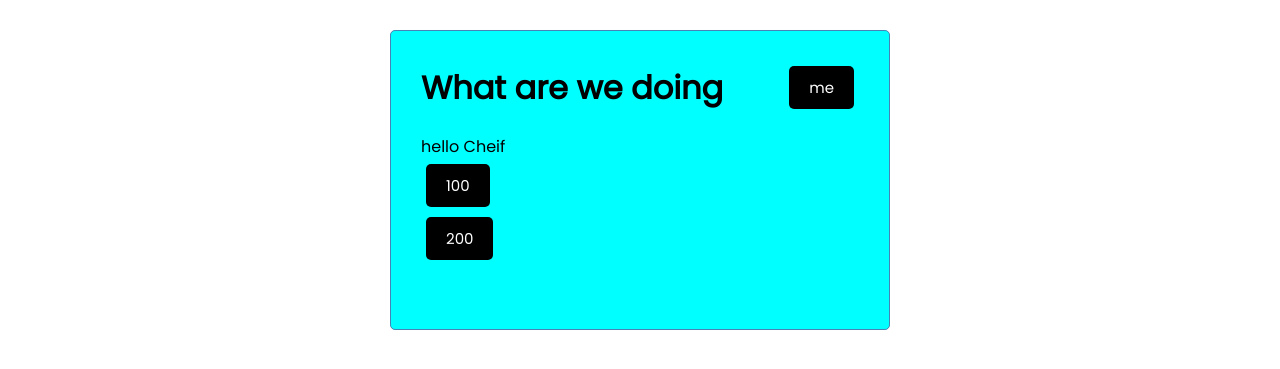
Repository: Jeffkw213/Learning_react
Page: / (app in myapp/)
An editor plug-in stored every save of this project. The page is shown before and after a run of saves, followed by the edit.
The browser window is 1280 px wide. The pictures show the whole page.
The project was rebuilt for these pictures with package versions that can differ from the ones it lists, and the page was loaded fresh each time.

Above is the page before, as saved 2021-04-30 15:52:41.

### myapp/src/index.css
@import url('https://fonts.googleapis.com/css2?family=Poppins:wght@300;400&display=swap');

* {
  box-sizing: border-box;
  margin: 0;
  padding: 0;
}

body {
  font-family: 'Poppins', sans-serif;
}

.container {
  max-width: 500px;
  margin: 30px auto;
  overflow: auto;
  min-height: 300px;
  border: 1px solid steelblue;
  padding: 30px;
  border-radius: 5px;
  background-color: aqua;

}

.header {
  display: flex;
  justify-content: space-between;
  align-items: center;
  margin-bottom: 20px;
}

.btn {
  display: inline-block;
  background: #000;
  color: #fff;
  border: none;
  padding: 10px 20px;
  margin: 5px;
  border-radius: 5px;
  cursor: pointer;
  text-decoration: none;
  font-size: 15px;
  font-family: inherit;
}

.btn:focus {
  outline: none;
}

.btn:active {
  transform: scale(0.98);
}

.btn-block {
  display: block;
  width: 100%;
}

.task {
  background: #f4f4f4;
  margin: 5px;
  padding: 10px 20px;
  cursor: pointer;
}

.task.reminder {
  border-left: 5px solid green;
}

.task h3 {
  display: flex;
  align-items: center;
  justify-content: space-between;
}

.add-form {
  margin-bottom: 40px;
}

.form-control {
  margin: 20px 0;
}

.form-control label {
  display: block;
}

.form-control input {
  width: 100%;
  height: 40px;
  margin: 5px;
  padding: 3px 7px;
  font-size: 17px;
}

.form-control-check {
  display: flex;
  align-items: center;
  justify-content: space-between;
}

.form-control-check label {
  flex: 1;
}

.form-control-check input {
  flex: 2;
  height: 20px;
}

footer {
  margin-top: 30px;
  text-align: center;
}

### myapp/src/App.js
import Header from './Components/header'
import Body from './Components/body'
function App() {
  // const name = 'jeff'
  return (
    // <div className='container'>
    //  <h1> Starting of React </h1>
    //  <h2> Hello {name} </h2>
    // </div>
    <div className='container'>
      <Header />
      <Body />
    </div>
  );
}

export default App;

### myapp/src/Components/header.js
import PropTypes from 'prop-types'
import Button from './button'
const Header = ({title}) => {
    return (
        <header className= 'header'>
            <h1>{title}</h1>
            <Button name='me' func= {() => myfunction()}/>
        </header>
    )
}

Header.defaultProps = {
    title: "What are we doing",
}

Header.propTypes= {
    title:PropTypes.string.isRequired,
}

function myfunction(){
    console.log('me button');
}

export default Header

### myapp/src/Components/body.js
import Button from './button'
const body = ({text}) => {
    return (
        <div>
            <body className ='body'>{text}
                <Button name='100' func={()=>{console.log("HELLO")}}/>
                <Button  name='200' func={()=>{}}/>
            </body>
        </div>
    )
}

body.defaultProps = {
    text: "hello Cheif",
}



export default body

### myapp/src/Components/button.js
const button = ({name, func, color}) => {
    return (
        <div>
            <button className='btn'
            onClick={func}
            style={{backgroundColor: color}}>{name}</button>
        </div>
    )
}

button.defaultProps = {
    name: "button",
}

export default button

Loaded but not shown: myapp/public/index.html (common file); myapp/src/index.js (common file); myapp/src/reportWebVitals.js (common file)

After the next 2 saves:
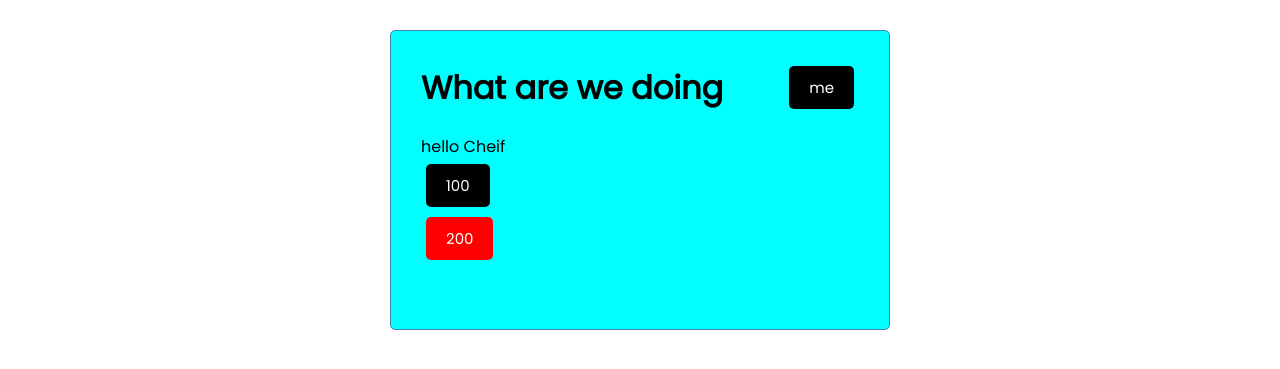
The 2 saves are shown as one change because they came seconds apart.
The last was saved 6 s later.
--- a/myapp/src/Components/body.js
+++ b/myapp/src/Components/body.js
@@ -4,7 +4,7 @@ const body = ({text}) => {
         <div>
             <body className ='body'>{text}
                 <Button name='100' func={()=>{console.log("HELLO")}}/>
-                <Button  name='200' func={()=>{}}/>
+                <Button color = 'red' name='200' func={()=>{}}/>
             </body>
         </div>
     )
